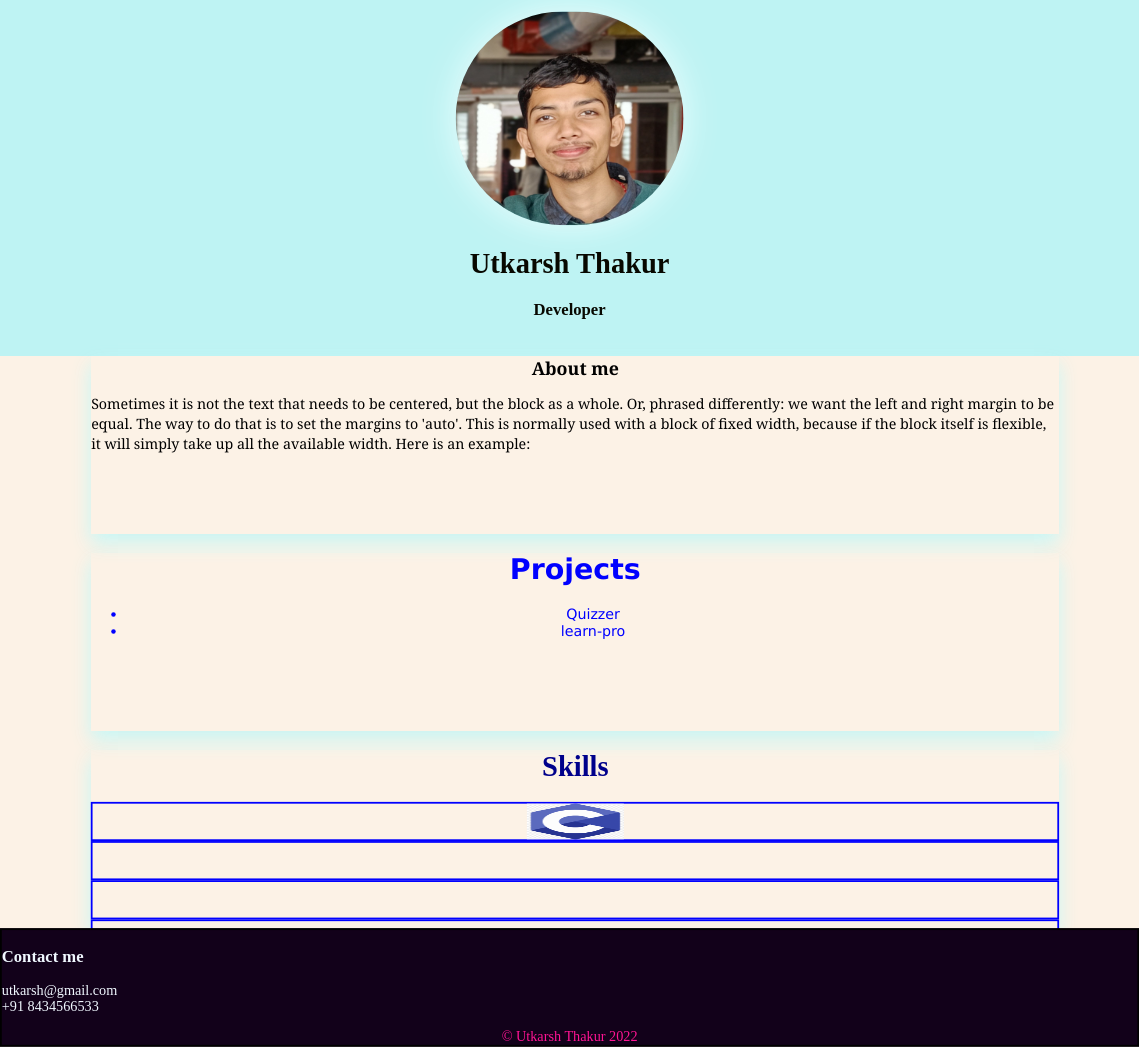
Repository: UtkarshThakur321/Utkarsh-Thakur-Profile
Page: index.html
These files come from the project's save history. The page is drawn as it stood at one moment and after the next save; the edit follows.
The browser window is 1280 px wide. The pictures show the whole page, at 89% of full size.

Above is the page before, as saved 2022-01-23 00:00:24.
Not found: main.js

After the next save:
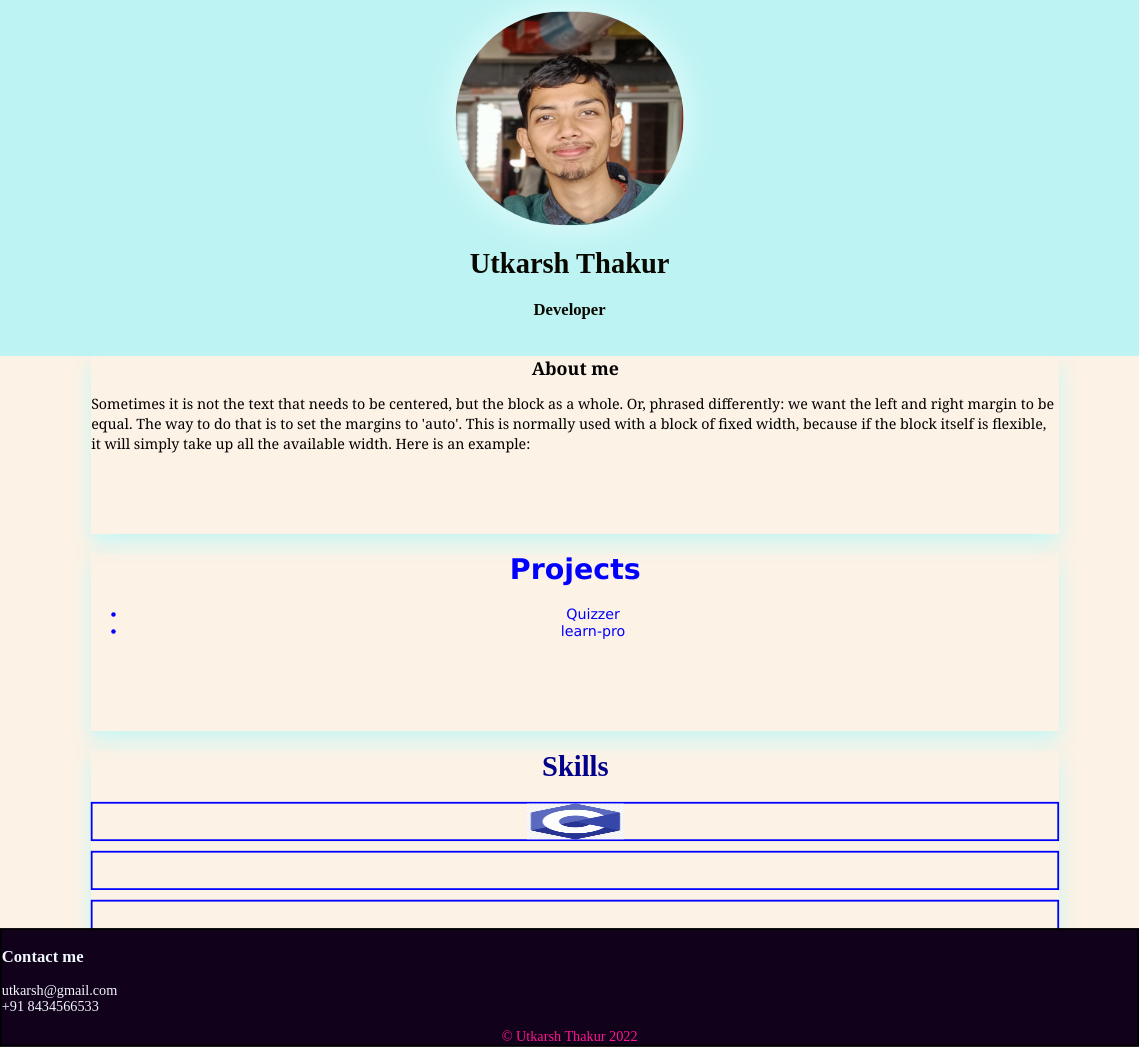
Saved 36 s later.
--- a/index.css
+++ b/index.css
@@ -78,6 +78,7 @@ body{
 }
 .skillsContent{
     height:40px;
+    margin-bottom:1%;
 
     border:2px solid blue;
 
